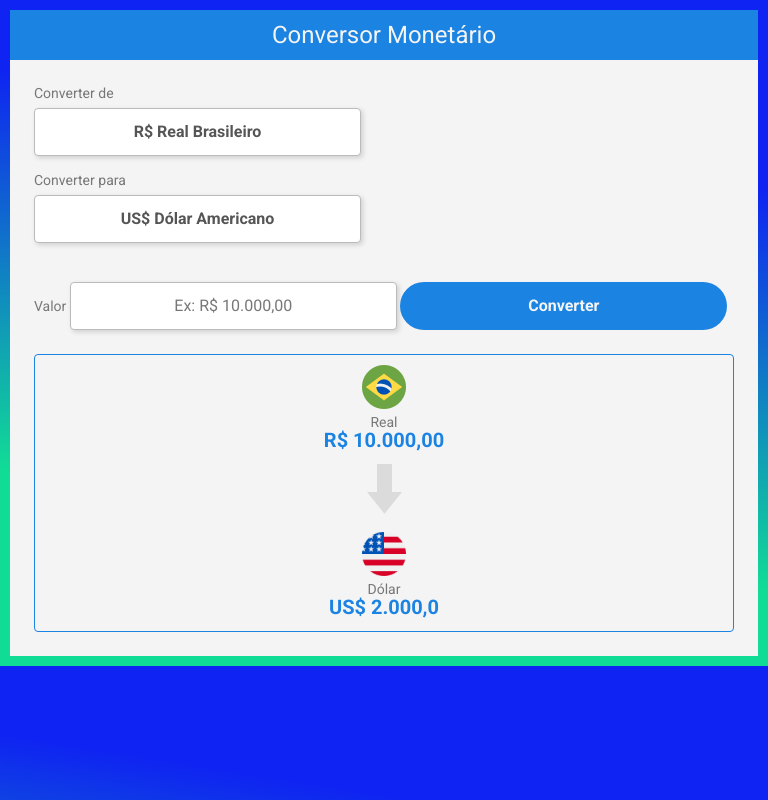
Repository: isayrous/coin-converter
Page: index.html
These files come from the project's save history. The page is drawn as it stood at one moment and after the next save; the edit follows.
The browser window is 768 px wide. The pictures show the whole page.

Above is the page before, as saved 2022-11-02 23:32:28.

After the next save:
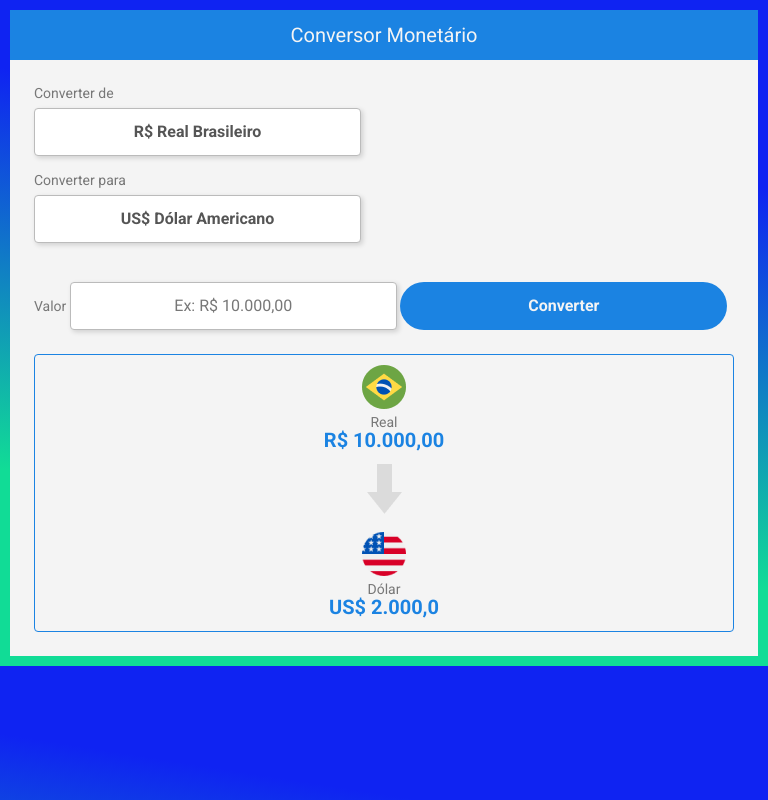
Saved 15 s later.
--- a/style.css
+++ b/style.css
@@ -142,7 +142,7 @@ input::placeholder{color: #777777;
     }
 
     h1 {
-        font-size: 24px;
+        font-size: 20px;
         color:#F4F4F4;
 
     }
